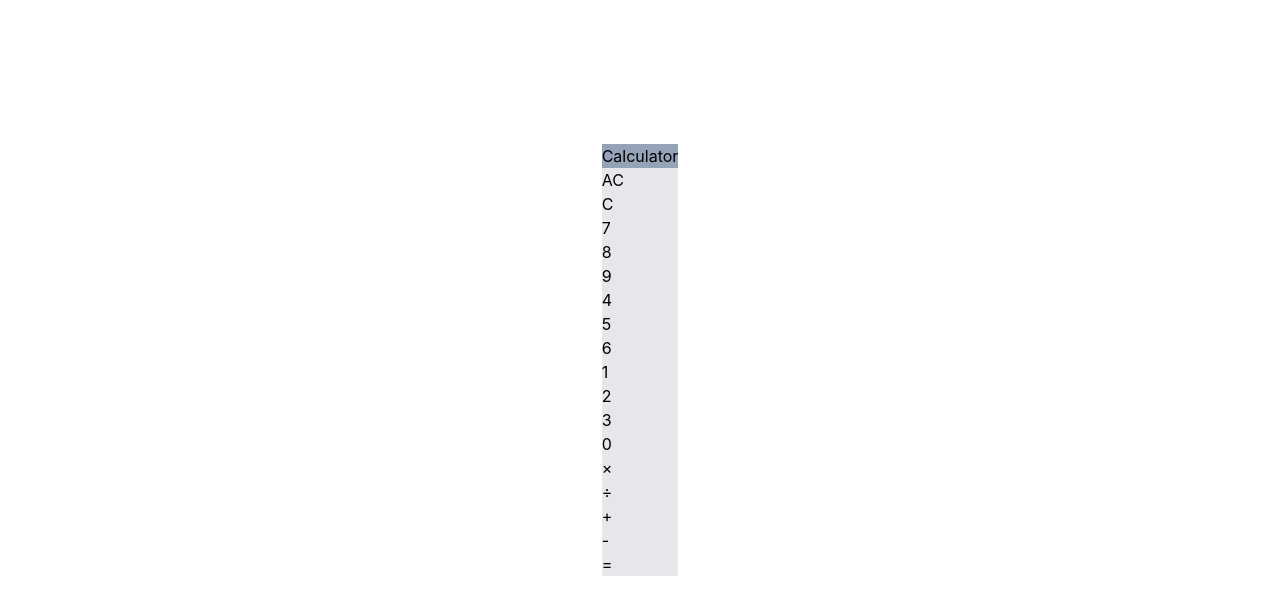
Repository: BrianPhamDev/calculator_app
Page: /
These files come from the project's save history. The page is drawn as it stood at one moment and after the next save; the edit follows.
The browser window is 1280 px wide. The pictures show the whole page.
The project was rebuilt for these pictures with package versions that can differ from the ones it lists, and the page was loaded fresh each time. Also part of the build but not shown: vite.config.js.

Above is the page before, as saved 2024-01-09 14:14:20.

After the next save:
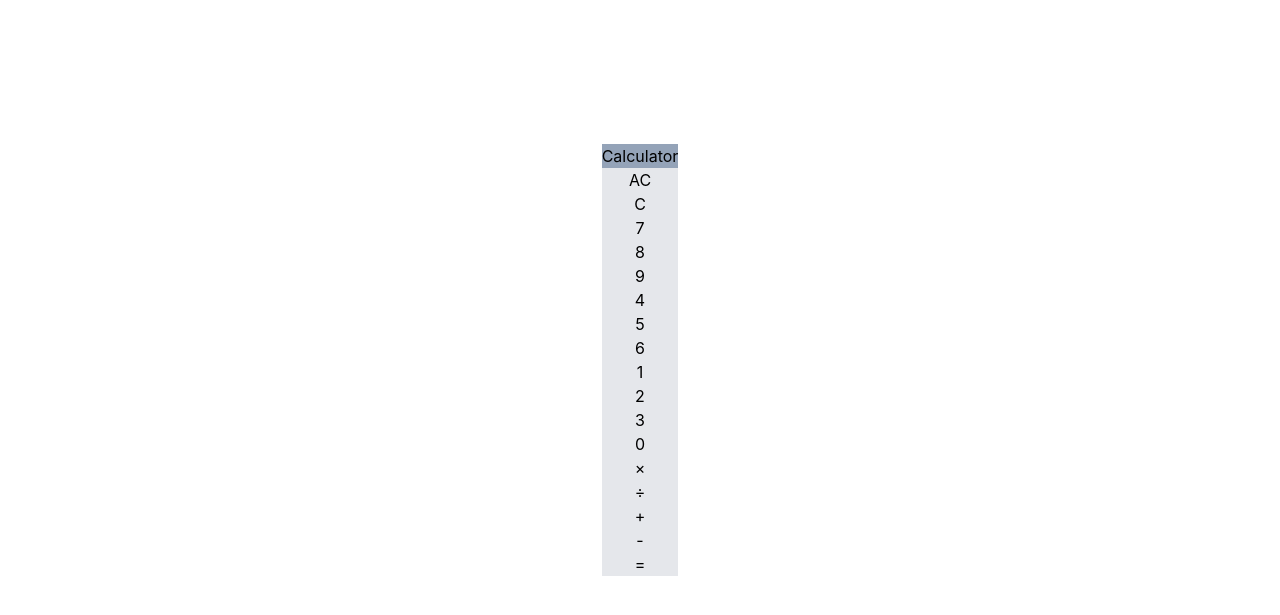
Saved 11 s later.
--- a/src/components/Calculator.jsx
+++ b/src/components/Calculator.jsx
@@ -6,7 +6,10 @@ const Calculator = () => {
       <h1>Calculator</h1>
       {calculatorButtons.map((button) => {
         return (
-          <div key={button.className} className={`bg-gray-200`}>
+          <div
+            key={button.className}
+            className={`bg-gray-200 flex items-center justify-center`}
+          >
             {button.text}
           </div>
         );
